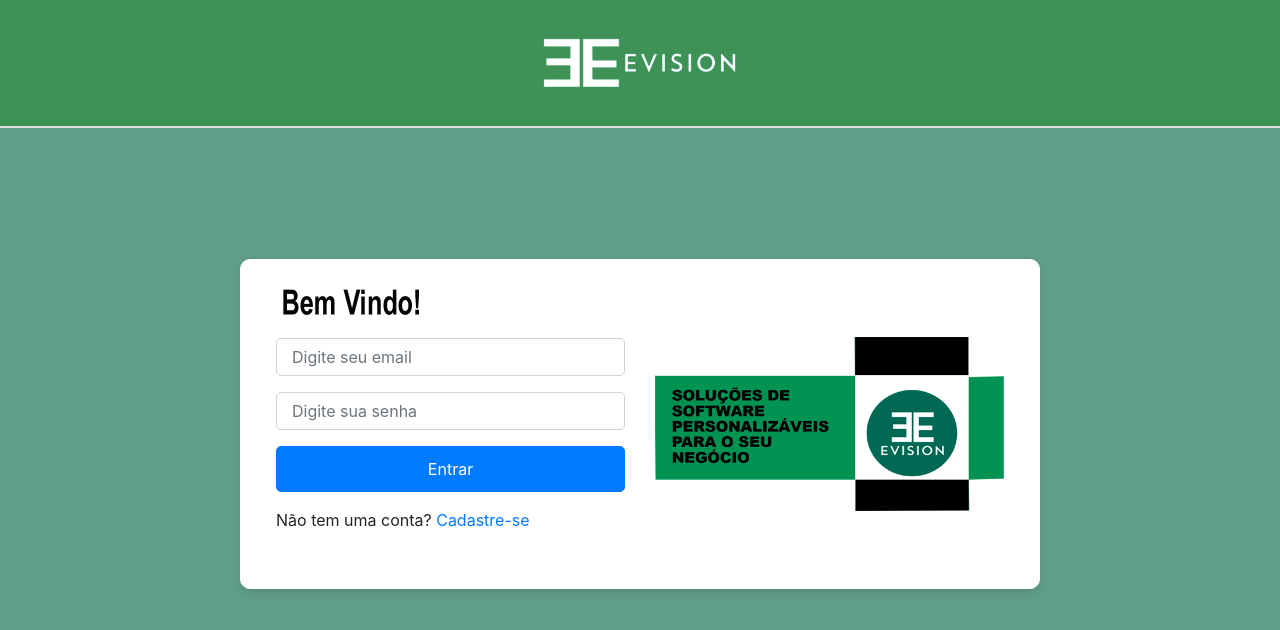
Repository: AndersonSchinemann/projetoTeste
Page: Evision/src/main/resources/static/access/templates/loginUser.html
The author's editor kept a copy of each file at every save. The page is drawn from the files as they stood at one save, then again after the next save.
The browser window is 1280 px wide. The pictures show the whole page.
Some web libraries are served in a nearby version.

Above is the page before, as saved 2024-05-21 18:51:18.

After the next save:
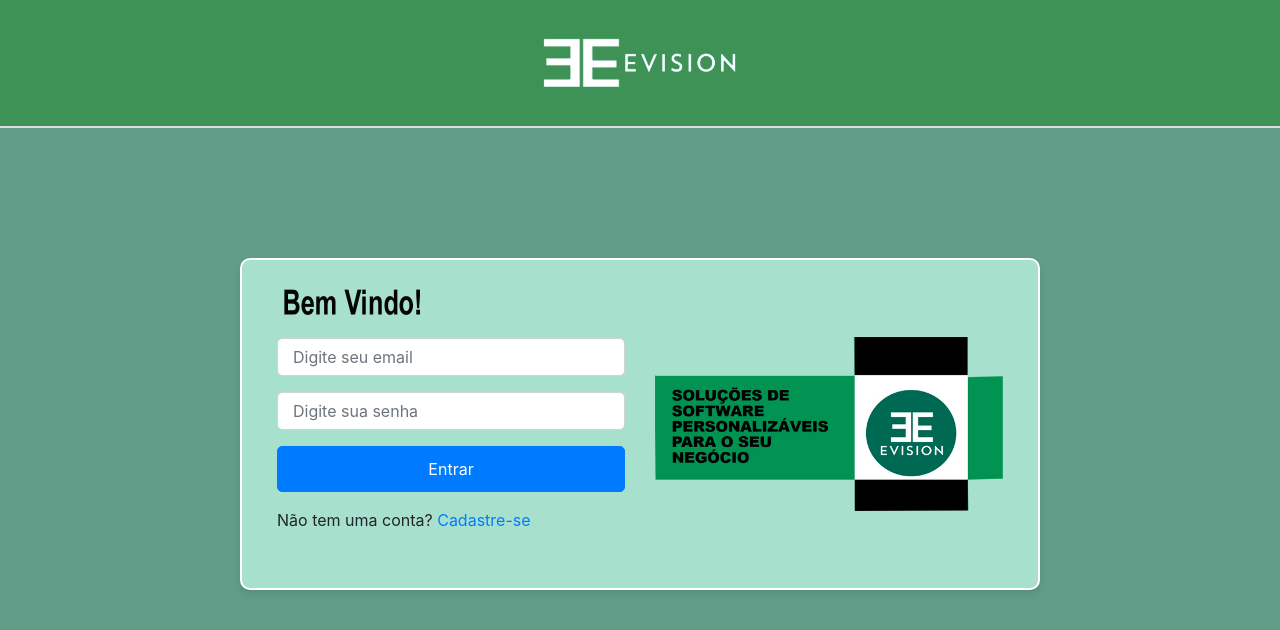
Saved 2 min 56 s later.
--- a/Evision/src/main/resources/static/access/css/style.css
+++ b/Evision/src/main/resources/static/access/css/style.css
@@ -12,11 +12,11 @@
       justify-content: center;
     }
     .box-effect {
-      border: 1px solid #ffff;
+      border: 2px solid #ffff;
       border-radius: 10px;
       box-shadow: 0 4px 8px rgba(0, 0, 0, 0.1);
       padding: 20px;
-      background-color: #fff;
+      background-color: #a7e0cd;
       max-width: 800px;
       width: 100%;
     }
